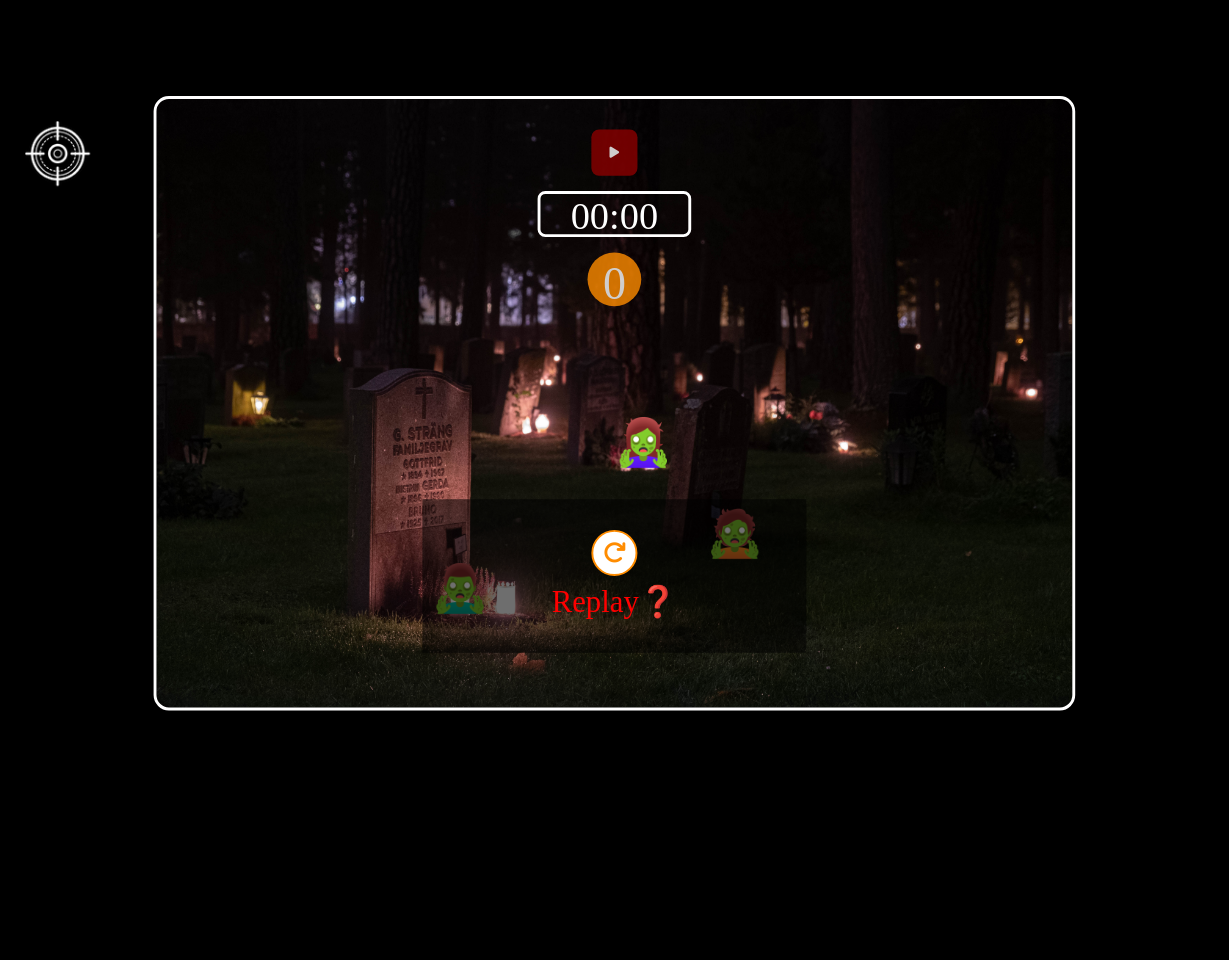
Repository: MrJinkyu/ZombieGame
Page: index.html
These files come from the project's save history. The page is drawn as it stood at one moment and after the next save; the edit follows.
The browser window is 1280 px wide. The pictures show the whole page, at 96% of full size.
Some web libraries are served in a nearby version.

Above is the page before, as saved 2023-04-08 23:59:37.
Console error: ReferenceError: image is not defined

After the next save:
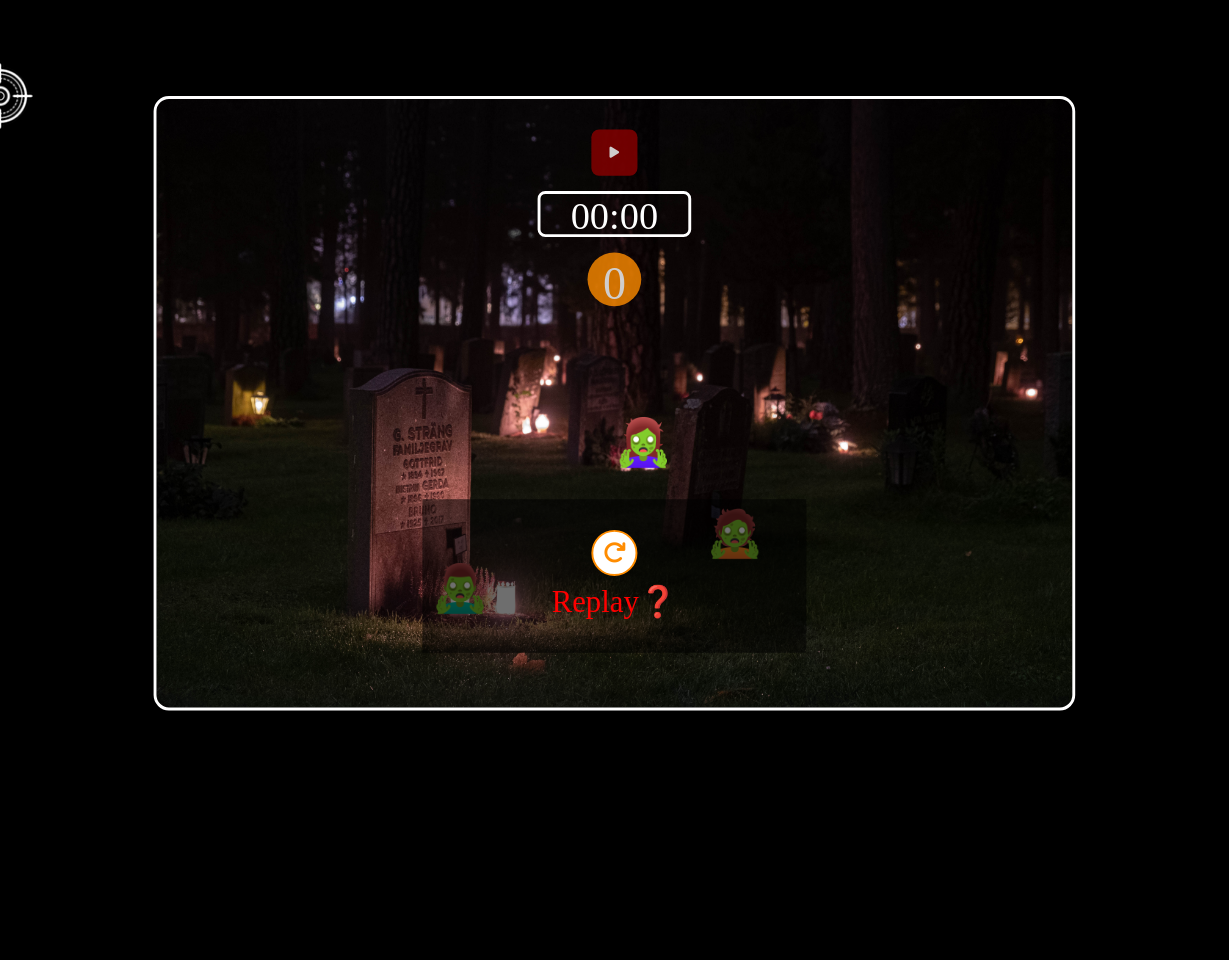
The error is gone.
Saved 45 s later.
--- a/main.js
+++ b/main.js
@@ -16,8 +16,8 @@ let mouseX = 0;
 let mouseY = 0;
 
 function moveImage() {
-    const newX = mouseX - (image.width / 2);
-    const newY = mouseY - (image.height / 2);
+    const newX = mouseX - (target.width / 2);
+    const newY = mouseY - (target.height / 2);
     target.style.transform = `translate(${newX}px, ${newY}px)`;
 
     requestAnimationFrame(moveImage);
